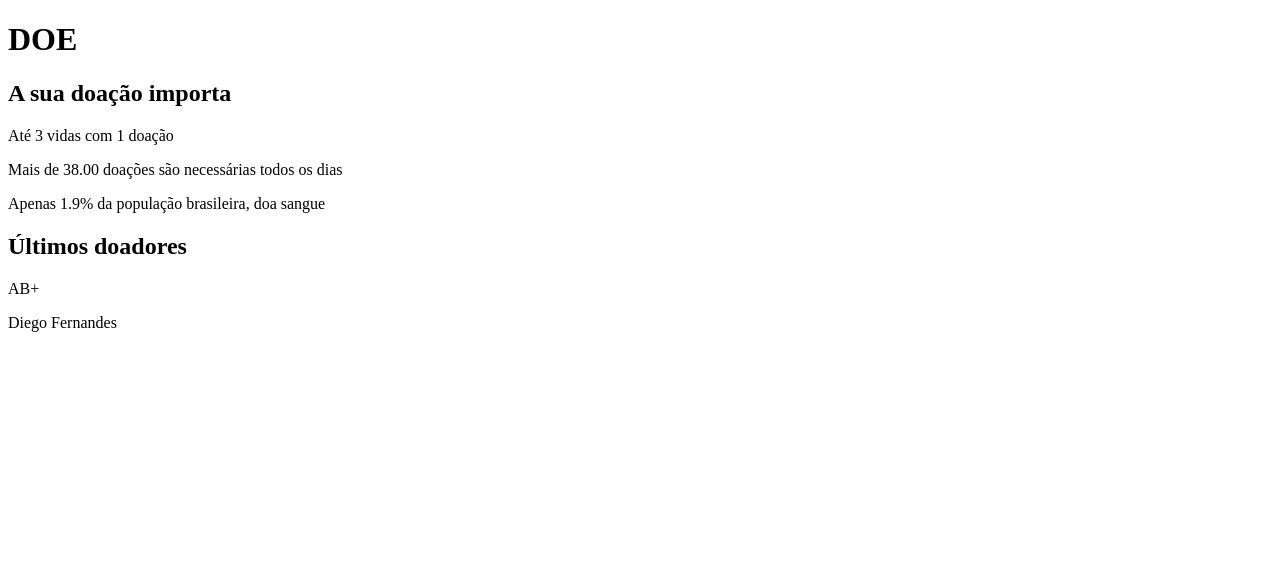
Repository: lucas-silva-dev/Doe
Page: index.html
These files come from the project's save history. The page is drawn as it stood at one moment and after the next save; the edit follows.
The browser window is 1280 px wide. The pictures show the whole page.

Above is the page before, as saved 2020-02-18 11:16:02.

After the next save:
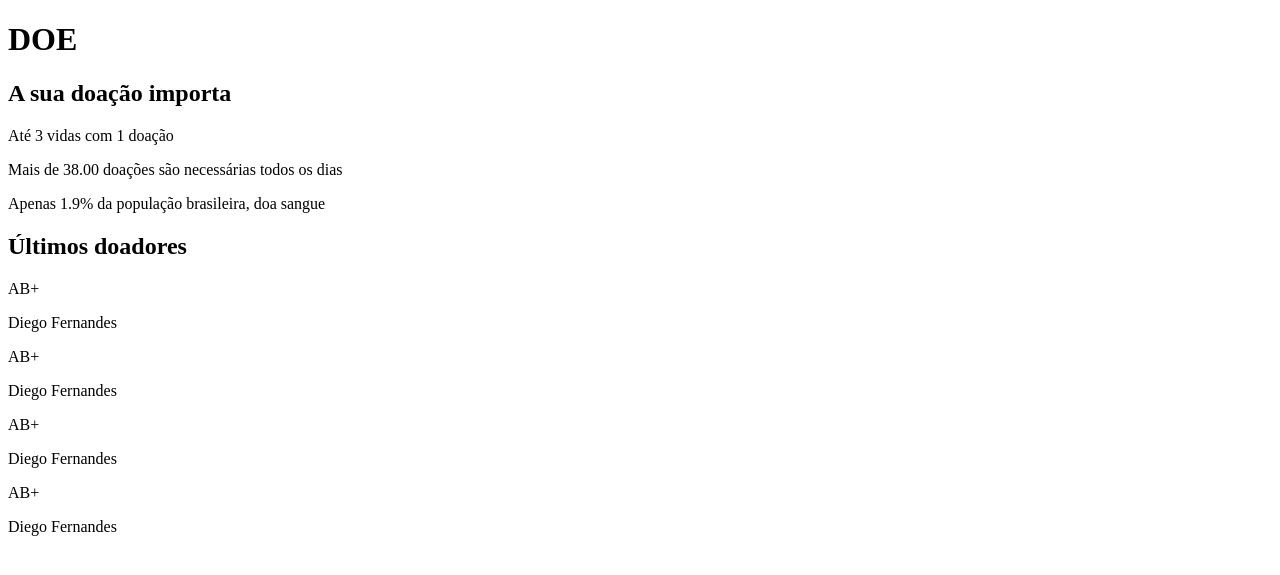
Saved 48 s later.
--- a/index.html
+++ b/index.html
@@ -34,6 +34,18 @@
         <div class="blood">AB+</div>
         <p>Diego Fernandes</p>
       </div>
+      <div class="donor">
+        <div class="blood">AB+</div>
+        <p>Diego Fernandes</p>
+      </div>
+      <div class="donor">
+        <div class="blood">AB+</div>
+        <p>Diego Fernandes</p>
+      </div>
+      <div class="donor">
+        <div class="blood">AB+</div>
+        <p>Diego Fernandes</p>
+      </div>
     </section>
   </main>
 </body>
